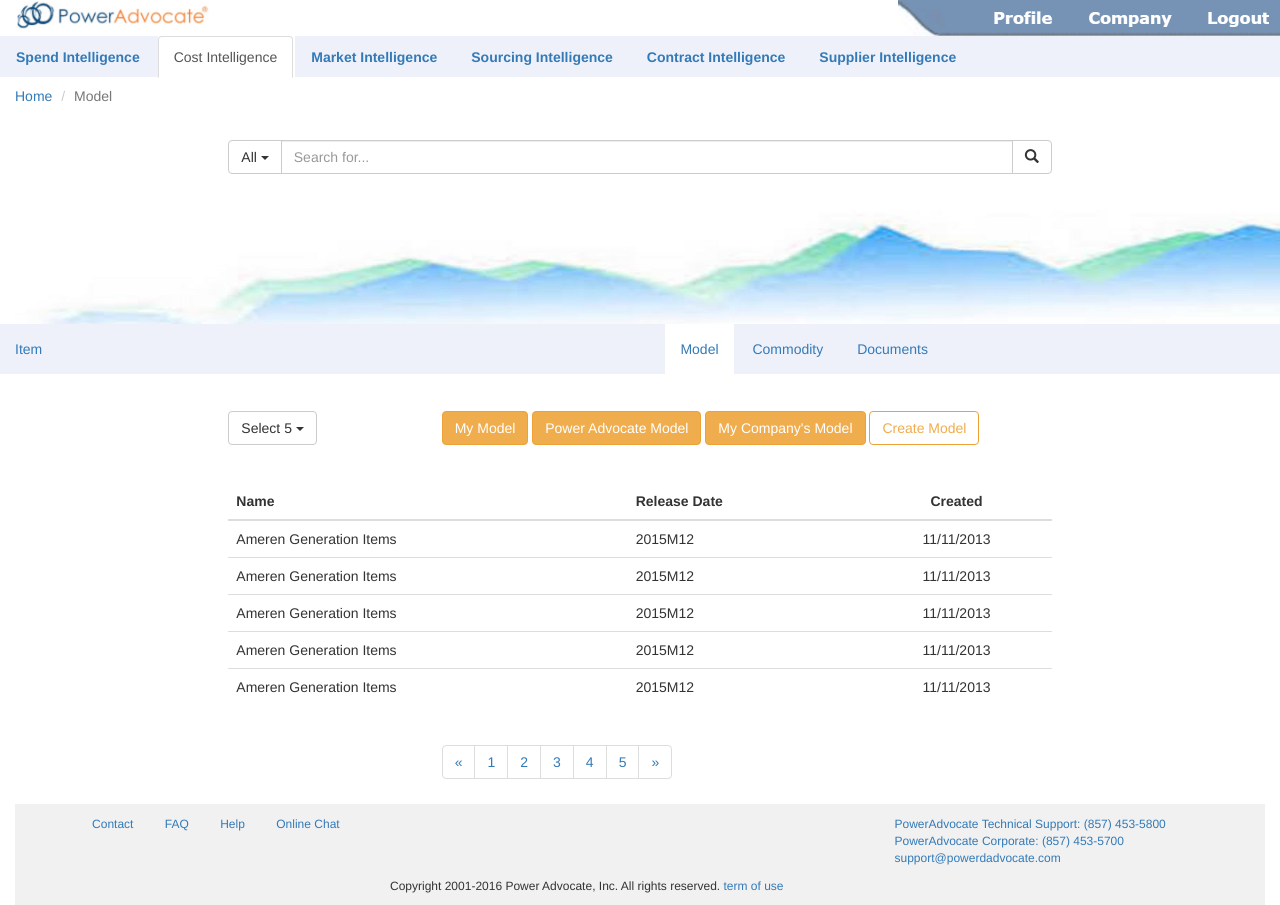
Repository: SamiraMansouri/PowerAdvocate-CostIntelligence-Application-new-Design-using-UserExperience-Method-
Page: http://localhost/PowerAdvocate/WEB-INF/views/home.jsp
These files come from the project's save history. The page is drawn as it stood at one moment and after the next save; the edit follows.
The browser window is 1280 px wide. The pictures show the whole page.
The page is served by Tomcat 9. Nobody is signed in. The template is opened directly, without the code that normally fills it, so the values that code supplies are empty.

Above is the page before, as saved 2016-04-25 01:24:43.

After the next save:
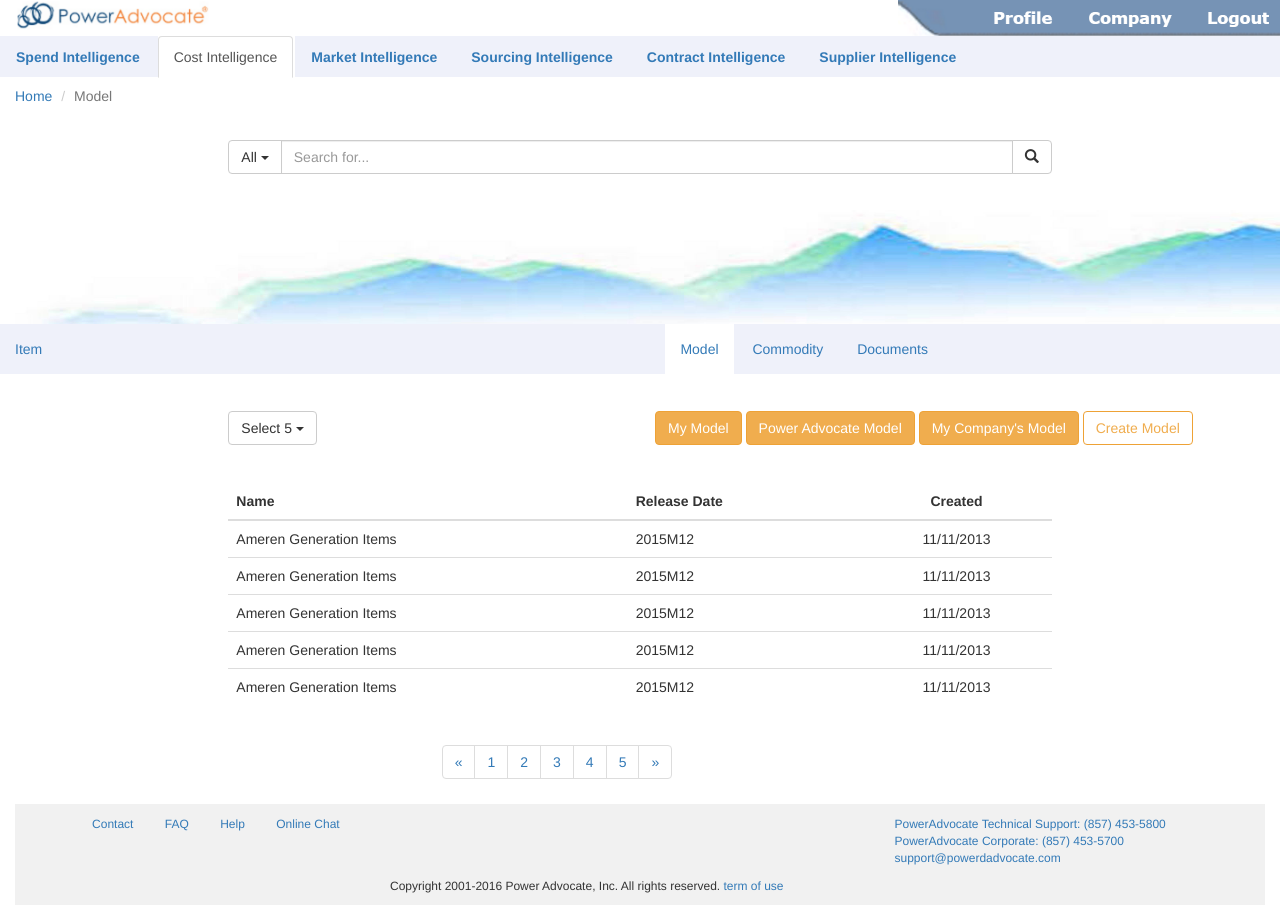
Saved 9 s later.
--- a/PowerAdvocate-Prototype/PowerAdvocate/src/main/webapp/WEB-INF/views/home.jsp
+++ b/PowerAdvocate-Prototype/PowerAdvocate/src/main/webapp/WEB-INF/views/home.jsp
@@ -233,7 +233,7 @@
 					</ul>
 				</div>
 			</div>
-			<div class="col-md-8 pull-right">
+			<div class="col-md-6 pull-right">
 				<button type="Button" class="btn btn-warning">My Model</button>
 				<button type="Button" class="btn btn-warning">Power
 					Advocate Model</button>

After the 2 saves that followed:
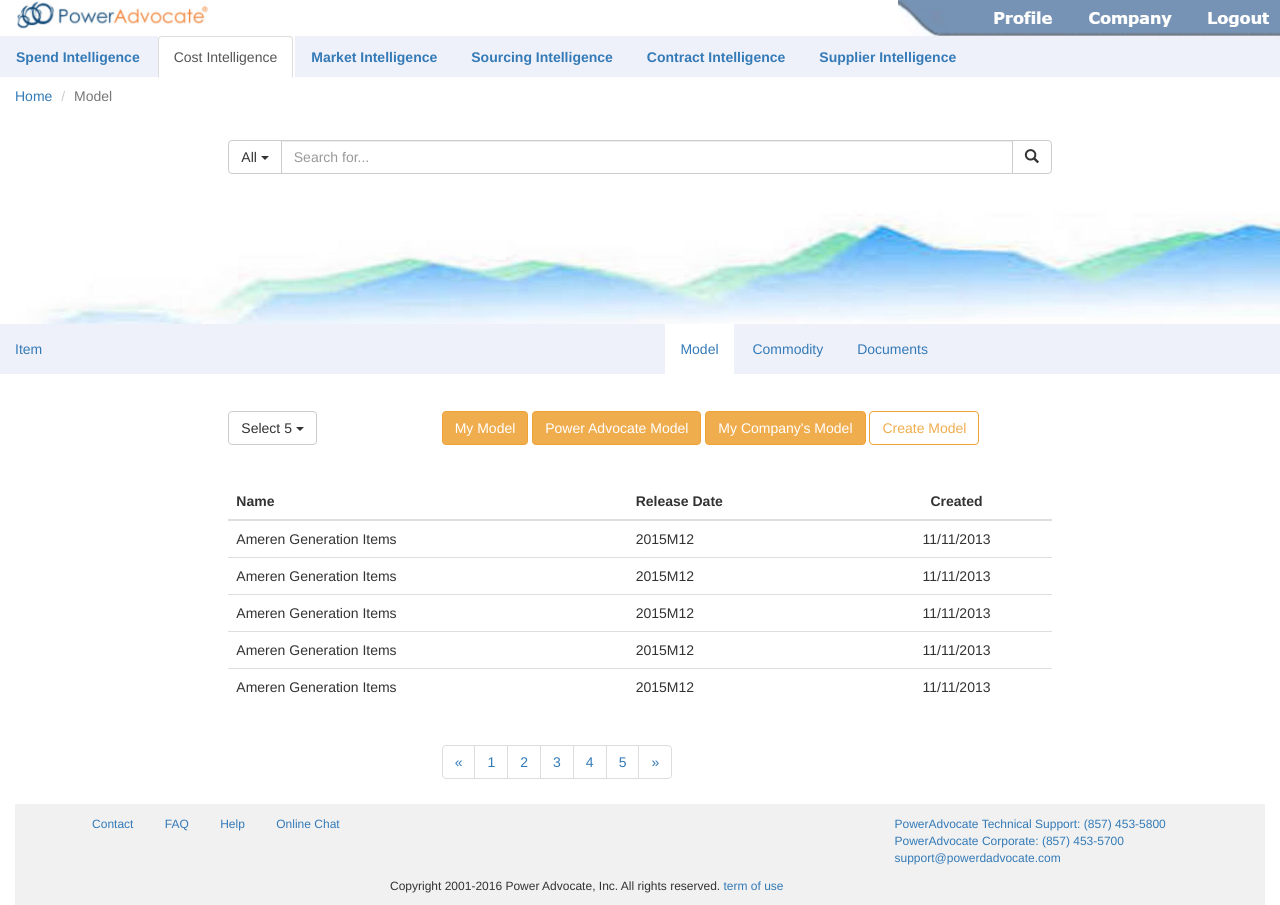
The 2 saves are shown as one change because 1 left the picture as it was.
The last was saved 43 s later.
--- a/PowerAdvocate-Prototype/PowerAdvocate/src/main/webapp/WEB-INF/views/home.jsp
+++ b/PowerAdvocate-Prototype/PowerAdvocate/src/main/webapp/WEB-INF/views/home.jsp
@@ -233,7 +233,7 @@
 					</ul>
 				</div>
 			</div>
-			<div class="col-md-6 pull-right">
+			<div class="col-md-6 pull-center">
 				<button type="Button" class="btn btn-warning">My Model</button>
 				<button type="Button" class="btn btn-warning">Power
 					Advocate Model</button>
@@ -241,7 +241,7 @@
 					Model</button>
 				<a class="btn btn-warning btn-outline pull-center">Create Model</a>
 			</div>
-
+<div class="col-md-2"></div>
 		</div>
 
 
